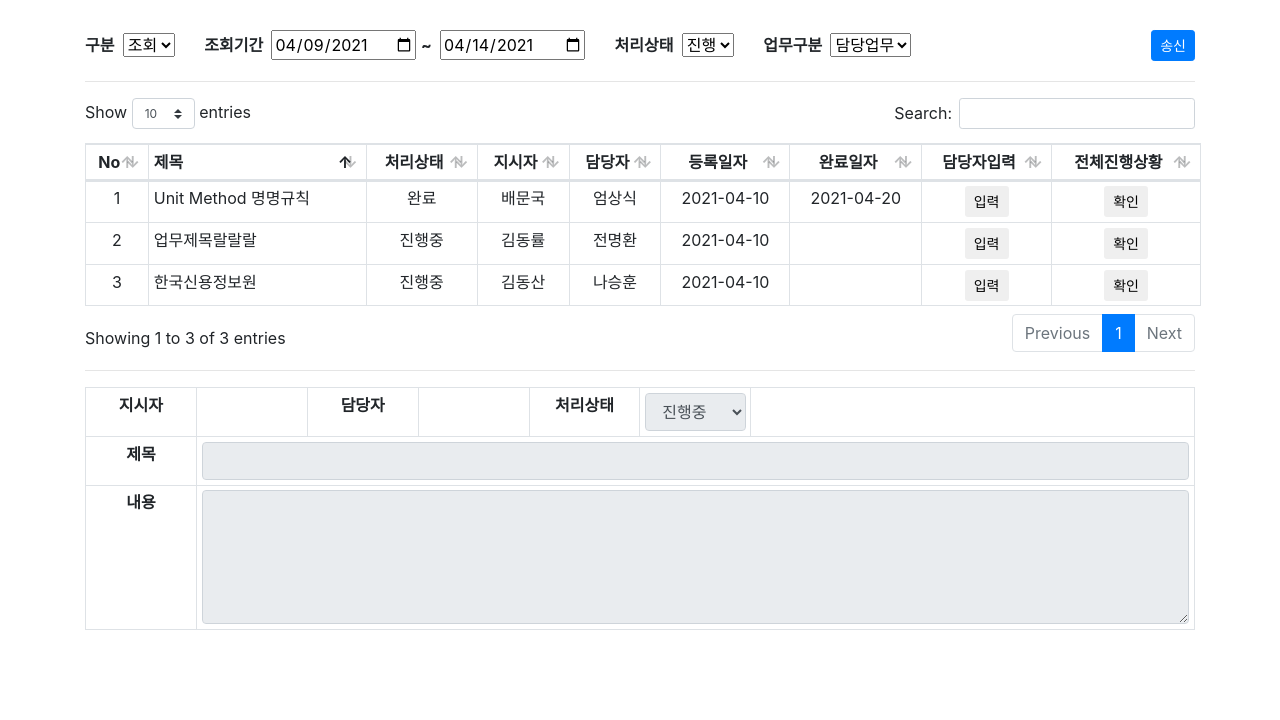
Repository: jungtaeyong/FSB_Project
Page: http://localhost/FsbJobMgt/main.jsp
An editor plug-in stored every save of this project. The page is shown before and after the next save, followed by the edit.
The browser window is 1280 px wide. The pictures show the whole page.
The page is served by Tomcat 9.

Above is the page before, as saved 2021-04-15 08:59:06.

After the next save:
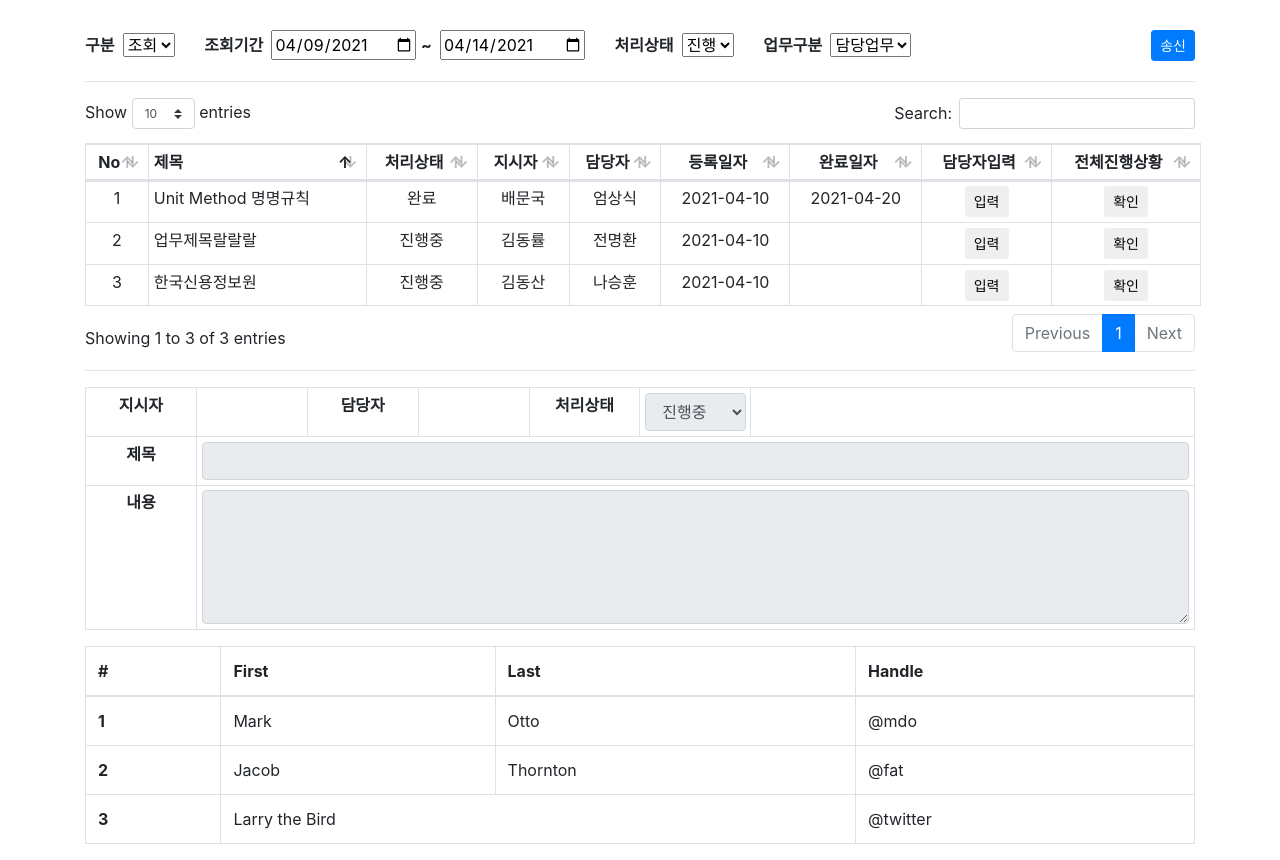
Saved 2 min 45 s later.
--- a/FsbJobMgt/WebContent/main.jsp
+++ b/FsbJobMgt/WebContent/main.jsp
@@ -287,6 +287,38 @@ function updateJob(){
 			</tr>
 		</table>
 	</div>
+
+	<div>
+	<table class="table table-bordered">
+  <thead>
+    <tr>
+      <th scope="col">#</th>
+      <th scope="col">First</th>
+      <th scope="col">Last</th>
+      <th scope="col">Handle</th>
+    </tr>
+  </thead>
+  <tbody>
+    <tr>
+      <th scope="row">1</th>
+      <td>Mark</td>
+      <td>Otto</td>
+      <td>@mdo</td>
+    </tr>
+    <tr>
+      <th scope="row">2</th>
+      <td>Jacob</td>
+      <td>Thornton</td>
+      <td>@fat</td>
+    </tr>
+    <tr>
+      <th scope="row">3</th>
+      <td colspan="2">Larry the Bird</td>
+      <td>@twitter</td>
+    </tr>
+  </tbody>
+</table>
+	</div>
 </div>
 </body>
 </html>
